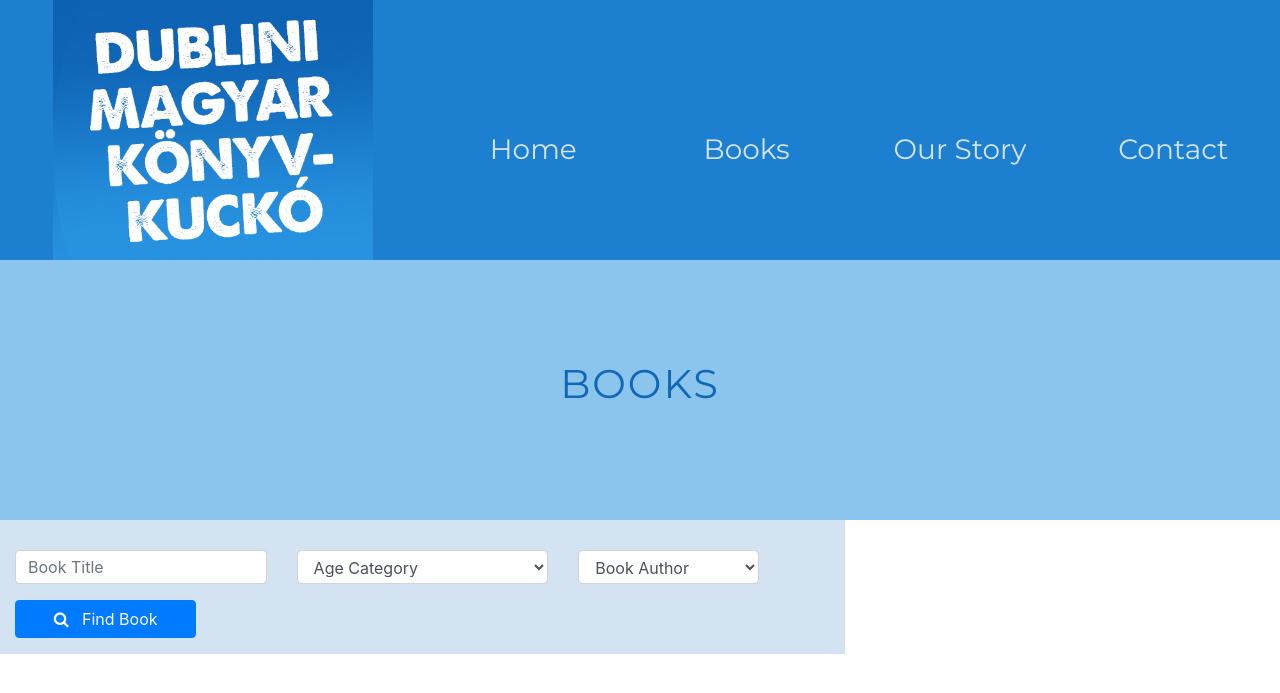
Repository: taikatta/Konyvkucko
Page: books.html
The author's editor kept a record of every edit. The page is drawn from the files as they stood at one moment, then again after the next edit.
The browser window is 1280 px wide. The pictures show the whole page.

Above is the page before.

After the next edit:
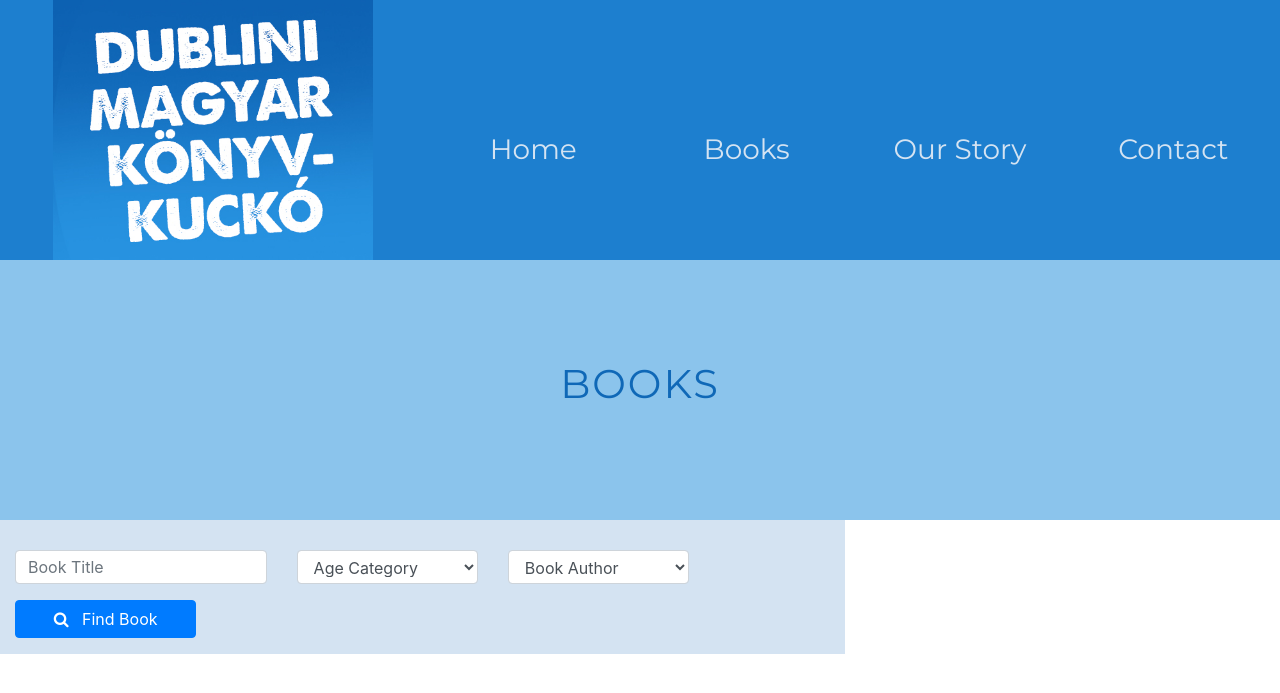
The edit:
--- a/books.html
+++ b/books.html
@@ -59,7 +59,7 @@
                                 <input name="s" value type="text" class="form-control" id="keyboard" placeholder="Book Title">
 
                             </div>
-                            <div class="col-sm-6 col-md-4 form-group">
+                            <div class="col-sm-6 col-md-3 form-group">
 
                                 <select name="product_cat" id="product_cat" class="form-control">
                                         <option value="0">Age Category</option>
